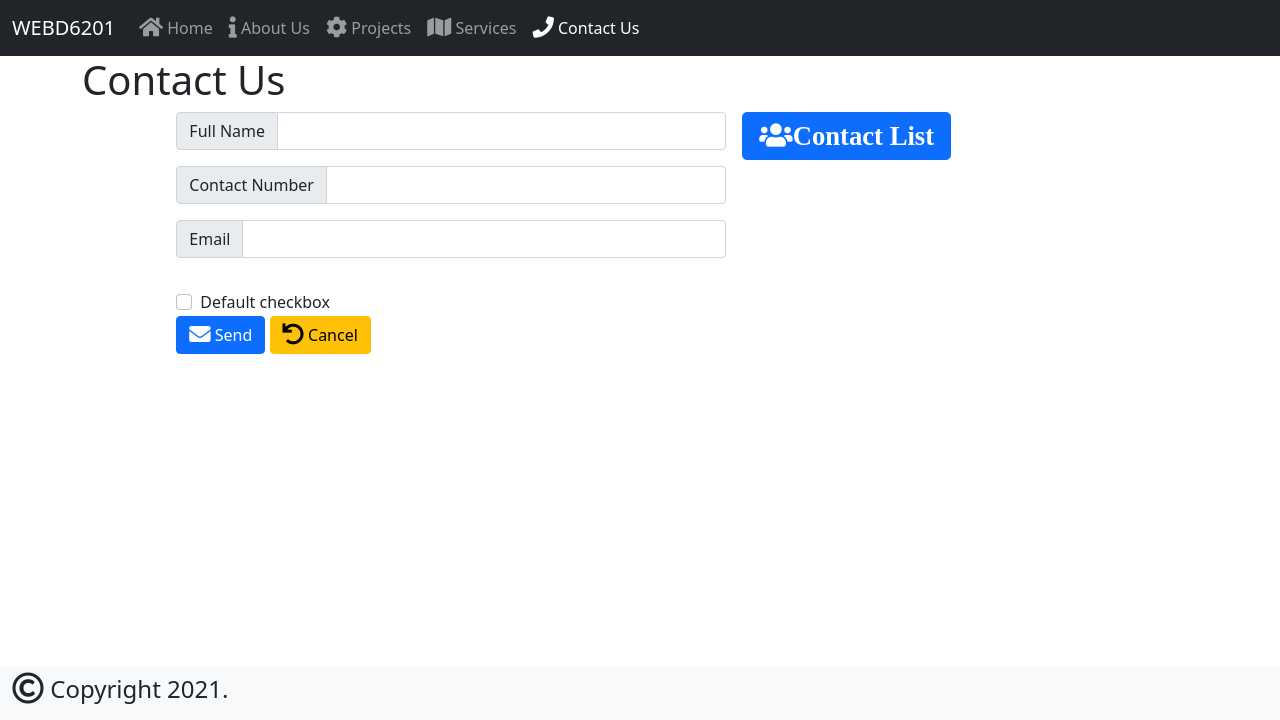
Repository: GarlicButterBoy/WEBD6201-ICE03
Page: contact.html
An editor plug-in stored every save of this project. The page is shown before and after the next save, followed by the edit.
The browser window is 1280 px wide. The pictures show the whole page.

Above is the page before, as saved 2021-02-04 09:04:47.

After the next save:
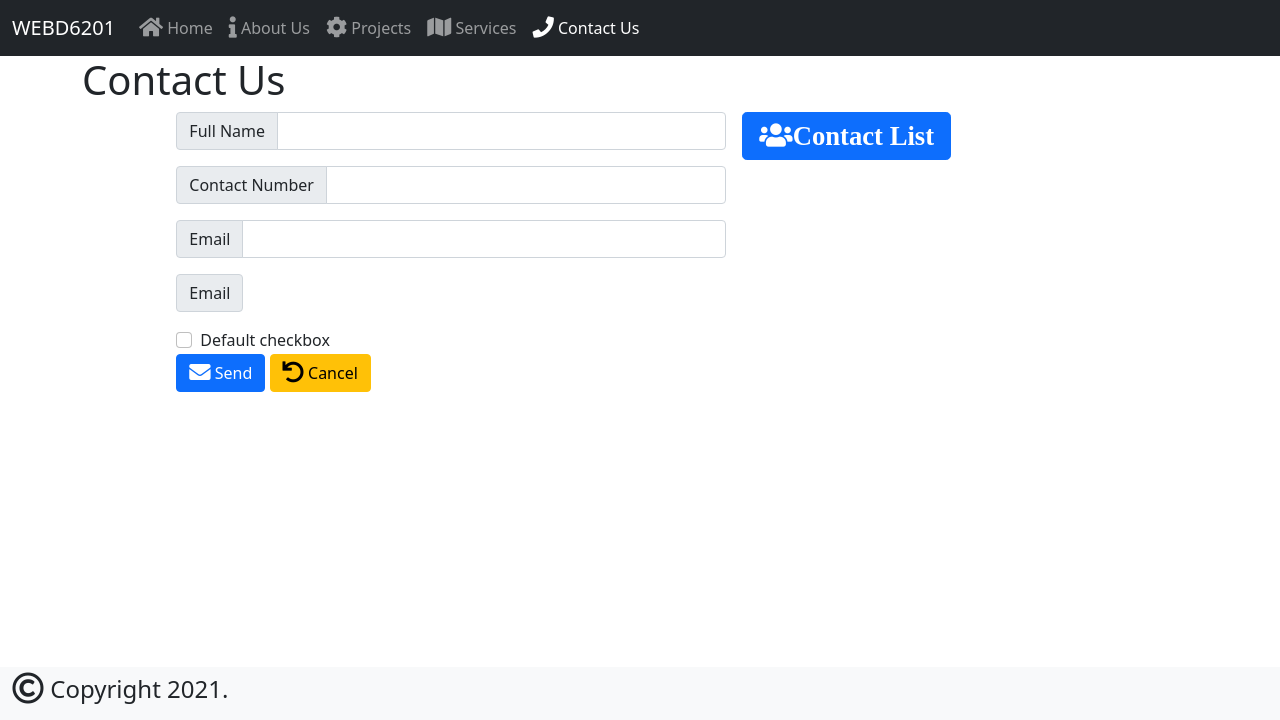
Saved 8 s later.
--- a/contact.html
+++ b/contact.html
@@ -73,7 +73,7 @@
             </div>
 
 <div class="input-group mb-3">
-
+  <span class="input-group-text" id="inputGroup-sizing-default">Email</span>
 </div>
 
             <div class="form-check">
